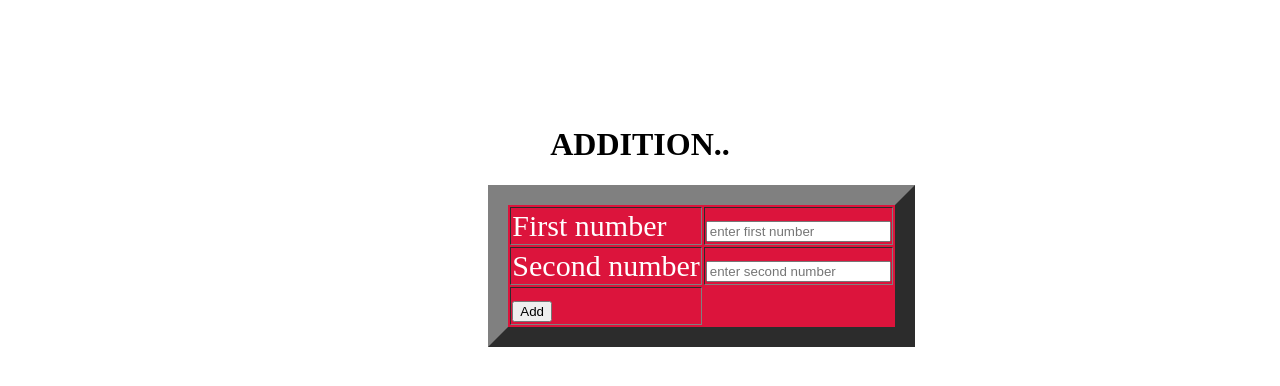
Repository: vima107/JDBC-CRUD-OPERATIONS
Page: addition/src/main/webapp/index.html
The author's editor kept a copy of each file at every save. The page is drawn from the files as they stood at one save, then again after a run of saves.
The browser window is 1280 px wide. The pictures show the whole page.

Above is the page before, as saved 2024-10-09 10:51:11.

After the next 2 saves:
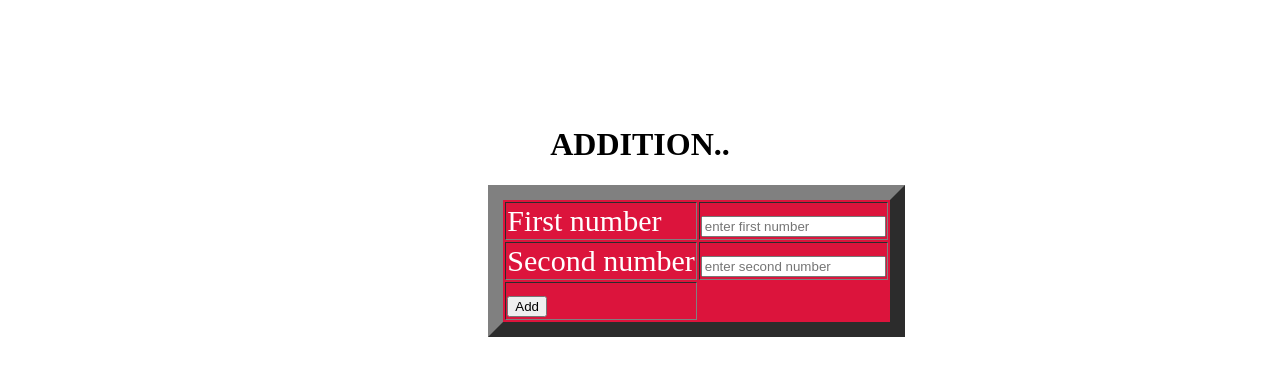
The 2 saves are shown as one change because they came seconds apart.
The last was saved 17 s later.
--- a/addition/src/main/webapp/index.html
+++ b/addition/src/main/webapp/index.html
@@ -6,7 +6,7 @@
 </head>
 <body>
 	<h1 style="margin-top:10%"><center>ADDITION..</center></h1>
-	<table style="margin-left:38%;background-color:crimson; font-size:30px;color:white" border=20>
+	<table style="margin-left:38%;background-color:crimson; font-size:30px;color:white" border=15>
 	<form action="/addition/Add">
 		<tr>
 			<td>First number</td>
